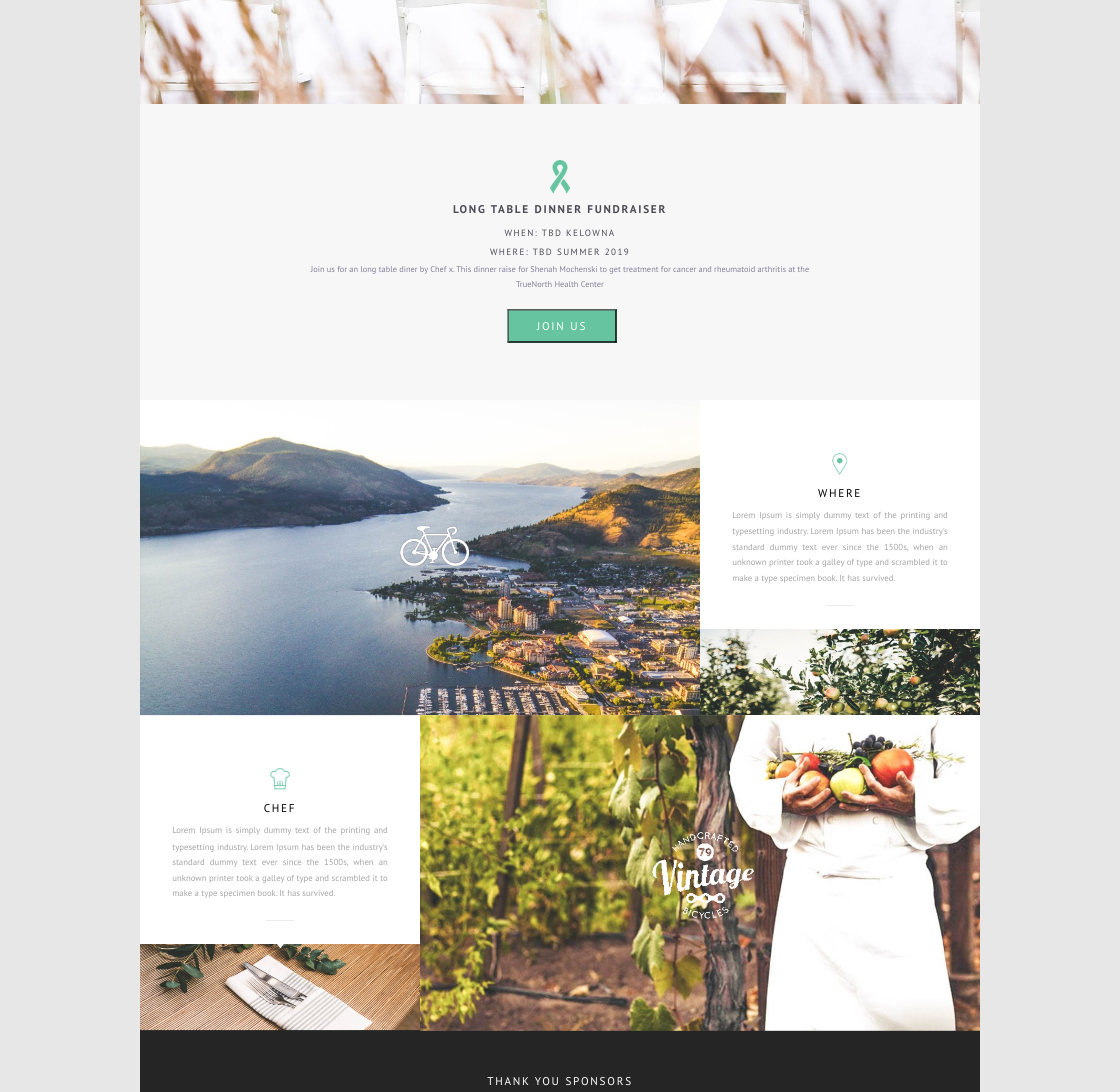
Repository: vancodes/longtable
Page: index.html
These files come from the project's save history. The page is drawn as it stood at one moment and after a run of saves; the edit follows.
The browser window is 1280 px wide. The page is 1600 px wide, so the pictures cover 1600 px, including what lies to the right of the window. The pictures show the part of the page from y = 601 to 2161 px (the page is 2372 px tall), at 70% of full size.

Above is the page before, as saved 2019-04-08 16:36:51.

### index.html
<!DOCTYPE html>
<html>

<head>
  <meta charset="utf-8">
  <link href="index.css" type="text/css" rel="stylesheet">
  <title>Long table</title>
</head>

<body>
  <div class="wrapper">
    <!--Intro Section-->
    <div class="topbar">
      <h1>
      <ul>
        <li><a href="#">About Us</a></li>
    	   <p>.</p>
        <li><a href="#">Info</a></li>
        <li><a href="#"><img src="assets\logo.png" alt="logo"></a></li>
        <li><a href="https://www.gofundme.com/breast-lung-and-melanoma-cancer">Donate</a></li>
    	   <p>.</p>
        <li><a href="#">Contact</a></li>
      </ul>
    </h1>
    </div>
    <div class="hero">
      <img src="assets/cover.jpg" alt="">
    </div>
    <!--Navigation Section-->
    <div class="main" align="center">
      <div class="first">
        <img src="assets\breast-cancer-icon.png" alt="bike chain">
        <h2>Long table dinner fundraiser</h2>
        <h4>When: TBD Kelowna</h4>
        <h4>Where: TBD Summer 2019</h4>
        <p>Join us for an long table diner by Chef x. This dinner raise for Shenah Mochenski to get treatment for cancer and rheumatoid arthritis at the TrueNorth Health Center</p>
        <div class="email-container">
            <button>Join us</button>
          </div>
      </div>
      <!--Image Section-->
      <div class="bike-images">
        <div class="first-container">
          <div class="first-left">
            <div id="bike-logo">
              <img src="assets/bike.png" alt="bike logo">
            </div>
            <div id="vintage-left">
              <img src="assets\bike-1.jpg" alt="bike handle">
            </div>
          </div>
          <div class="first-right">
            <div class="location">
              <img src="assets\location-icon.png" alt="frame icon">
            </div>
            <div id="vintage-text">
              <h3>WHERE</h3>
              <p>Lorem Ipsum is simply dummy text of the printing and typesetting industry. Lorem Ipsum has been the industry's standard dummy text ever since the 1500s, when an unknown printer took a galley of type and scrambled it to make a type specimen
                book. It has survived.</p>
            </div>
            <div class="divider-line"></div>
            <div id="first-vintage-seat">
              <img img src="assets\seat.jpg" alt="bike seat">
            </div>
            <div class="arrow-down"></div>
          </div>
        </div>
        <div class="second-container">
          <div class="second-left">
            <div class="chef">
              <img src="assets\chef-icon.png" alt="chef icon">
            </div>
            <div id="vintage-text">
              <h3>CHEF</h3>
              <p>Lorem Ipsum is simply dummy text of the printing and typesetting industry. Lorem Ipsum has been the industry's standard dummy text ever since the 1500s, when an unknown printer took a galley of type and scrambled it to make a type specimen
                book. It has survived.</p>
            </div>
            <div class="divider-line"></div>
            <div id="second-chef">
              <img src="assets\chef-2.jpg" alt="vintage bike seat">
            </div>
            <div class="arrow-down"></div>
          </div>
          <div class="second-right">
            <div id="vintage-logo">
              <img src="assets\vintage-logo.png" alt="vintage bike logo">
            </div>
            <div id="chef">
              <img src="assets\chef.jpg" alt="chef">
            </div>
          </div>
        </div>
      </div>
        <!--<div class="retro-container">
          <div class="retro-left">
            <div id="retro-logo">
              <img src="assets/bicycle-logo.png" alt="Since 1962 logo">
            </div>
            <div id="retro-bike">
              <img src="assets\bike-rail.jpg" alt="bike rail">
            </div>
          </div>
          <div class="retro-middle">
            <div class="steering">
              <img src="assets\steering-icon.png" alt="steering icon">
            </div>
            <div id="vintage-text">
              <h3>Retro Bike - M. Hulot</h3>
              <p>Lorem Ipsum is simply dummy text of the printing and typesetting industry. Lorem Ipsum has been the industry's standard dummy text ever since the 1500s, when an unknown printer took a galley of type and scrambled it to make a type specimen
                book. It has survived.</p>
            </div>
            <div class="divider-line"></div>
            <div class="arrow-down"></div>
            <div id="retro-rail">
              <img src="assets\mavic.jpg" alt="vintage bike seat">
            </div>
          </div>
          <div class="retro-right">
            <div id="retro-bike-right">
              <img src="assets\bike-2.jpg" alt="retro bike">
            </div>
          </div>
        </div>
      </div>-->
      <!--Social Section-->
      <!--<div class="main" align="center">
        <div class="last">
          <img src="assets\twitter-icon.png" alt="Twitter icon"><br>
          <span>AOD New York @aod</span>
          <span class="twitter-time"> / 35 min</span >
            <p>Lorem ipsum dolor sit amet, consectetur adipiscing elit. Sed ut tellus ac nulla semper rhoncus. Nullam a odio porttitor, dictum turpis vitae, pretium ante amet.</p>
          </div>
      </div>-->
<!--slider-->
    <!--<div class="slider">
      <span class="dotfirst"></span>
          <span class="dot"></span>
          <span class="dot"></span>
        </div>-->
        <!--Photo Collage-->
        <!--
        <div class="bottom-container">
          <div class="bottom-left">
            <div id="image-one">
              <img src="assets\bottom-image-1.jpg" alt="">
            </div>
            <div id="image-one">
              <img src="assets\bottom-image-2.jpg" alt="">
            </div>
            <div id="brooks-seat">
              <img src="assets\brooks-seat.png" alt="">
            </div>
          </div>
          <div class="bottom-middle">
            <div id="image-three">
              <img src="assets\bottom-image-3.jpg" alt="">
            </div>
            <div id="image-three">
              <img src="assets\bottom-image-4.jpg" alt="">
            </div>
          </div>
          <div class="bottom-right">
            <div id="bottom-bike-logo">
              <img src="assets/bike.png" alt="bike logo">
            </div>
            <div class="bottom-text">
              <p>shop now</p>
            </div>
            <div id="image-five">
              <img src="assets\bottom-image-5.jpg" alt="">
            </div>
            <div id="image-five">
              <img src="assets\bottom-image-6.jpg" alt="">
            </div>
          </div>
        </div> -->
        <div class="discover-container">
          <div class="discover-text">
            <button>Thank You Sponsors</button>
            <div class="sponsor-logo">
                <p>YOUR</p>
                <p>LOGO</p>
                <p>HERE</p>
            </div>
          </div>
       </div>
        <div class="footer-container">

        </div>
      <!--end-->
    </div>
</body>
</html>

### index.css
/* http://meyerweb.com/eric/tools/css/reset/
   v2.0 | 20110126
   License: none (public domain)
*/

html, body, div, span, applet, object, iframe, h1, h2, h3, h4, h5, h6, p, blockquote, pre, a, abbr, acronym, address, big, cite, code, del, dfn, em, img, ins, kbd, q, s, samp, small, strike, strong, sub, sup, tt, var, b, u, i, center, dl, dt, dd, ol, ul, li, fieldset, form, label, legend, table, caption, tbody, tfoot, thead, tr, th, td, article, aside, canvas, details, embed, figure, figcaption, footer, header, hgroup, menu, nav, output, ruby, section, summary, time, mark, audio, video {
  margin: 0;
  padding: 0;
  border: 0;
  font-size: 100%;
  font: inherit;
  vertical-align: baseline;
}

/* HTML5 display-role reset for older browsers */

article, aside, details, figcaption, figure, footer, header, hgroup, menu, nav, section {
  display: block;
}

body {
  line-height: 1;
}

ol, ul {
  list-style: none;
}

blockquote, q {
  quotes: none;
}

blockquote:before, blockquote:after, q:before, q:after {
  content: '';
  content: none;
}

table {
  border-collapse: collapse;
  border-spacing: 0;
}

/*  fonts */

@font-face {
  font-family: PtSansWebBold;
  src: url(font/pt_sans-web-bold.ttf);
}

@font-face {
  font-family: PtSansWebBoldItalic;
  src: url(font/pt_sans-web-bolditalic.ttf);
}

@font-face {
  font-family: PtSansWebItalic;
  src: url(font/pt_sans-web-italic.ttf);
}

@font-face {
  font-family: PtSansWebRegular;
  src: url(font/pt_sans-web-regular.ttf);
}

body {
  font-family: PtSansWebRegular;
}

h1 {
  font-family: PtSansWebBold;
  font-size: 12px;
  text-transform: uppercase;
  letter-spacing: 2px;
}

h2 {
  font-family: PtSansWebBold;
  letter-spacing: 2.5px;
  text-transform: uppercase;
  text-align: center;
  line-height: 2.5em;
}

h3 {
  font-family: PtSansWebBold;
  letter-spacing: 2.5px;
  text-transform: uppercase;
  text-align: center;
  font-size: 12px;
  line-height: 2.5em;
}

h3 {
  font-family: PtSansWebRegular;
  letter-spacing: 2.5px;
  text-transform: uppercase;
  text-align: center;
  line-height: 2.5em;
  font-size: 16px;
}

h4 {
  font-family: PtSansWebRegular;
  font-size: 13px;
  text-transform: uppercase;
  letter-spacing: 2px;
  line-height: 2.1em;
}


p {
  font-family: PtSansWebRegular;
  font-size: 12px;
  color: #838199;
  text-align: center;
  line-height: 1.8em;
}

.bike-images p {
  font-family: PtSansWebRegular;
  font-size: 12.5px;
  color: #a5a5a5;
  text-align: justify;
  line-height: 1.8em;
}

.last span {
  font-family: PtSansWebBold;
  display: inline;
  font-size: 12px;
  text-align: center;
  line-height: 2.8em;
  letter-spacing: 1.5px;
}

.last .twitter-time {
  font-family: PtSansWebRegular;
  font-size: 12px;
  text-align: center;
  letter-spacing: 1.5px;
  color: #b2b1bd;
  padding-left: 6px;
}

.last p {
  font-family: PtSansWebItalic;
  font-size: 14px;
  color: #838199;
  text-align: center;
  line-height: 1.8em;
  padding: 0 55px;
}

.bottom-text p {
  font-family: PtSansWebRegular;
  letter-spacing: 2.5px;
  text-transform: uppercase;
  text-align: center;
  line-height: 2.5em;
  font-size: 12px;
  color: #fff;
}

.saddle-text p {
  font-family: PtSansWebItalic;
  font-size: 16px;
  text-align: center;
  letter-spacing: 0.5px;
  color: #838199;
  padding-left: 6px;
  margin-bottom: 20px;
}

/*  wrapper */

.wrapper {
  padding: 0 200px;
  width: 1200px;
  margin: 0 auto;
  background-color: #e8e7e7;
}

/* intro section */

.hero img {
  width: 100%;
}

.topbar {
  position: absolute;
  padding: 0px 317px;
  margin-top: 23px;
}

.topbar ul {
  width: 590px;
  margin: 0 auto;
}

.topbar li {
  display: inline-block;
  padding: 0 20px;
  float: left;
  position: relative;
  top: 52px;
  transform: translateY(-50%);
}

.topbar li a {
  text-decoration: none;
  color: #4D4B56;
}

.topbar li a img {
  width: 75px;
}

.hero img {
  vertical-align: bottom;
  width: 100%;
  padding-top: 150px;
  background-color: #F7F7F7
}

.topbar li a:hover {
  text-decoration: none;
  color: #ff000069;
}

.topbar p {
  padding: 0 20px;
  float: left;
  position: relative;
  top: 52px;
  transform: translateY(-50%);
  font-family: PtSansWebBold;
}

/* navigation section */

.main {
  background-color: #F7F7F7
}

.first {
  color: #4D4B56;
  padding: 80px 150px 80px 150px;
  max-width: 736px;
}

.first img {
  padding: 0px 46px;
}

/* bike images */

img {
  padding: 0;
  margin: 0;
}

.bike-images {
  background-color: #FFFF;
  position: relative;
}

.first-container {
  vertical-align: bottom;
  display: table;
}

.first-left {
  width: 800px;
  display: table-cell;
  vertical-align: bottom;
}

.first-right {
  display: table-cell;
  vertical-align: bottom;
  width: 400px;
}

#first-vintage-seat img {
  width: 400px;
  height: 123px;
  float: left;
}

#bike-logo img {
  width: 100px;
  position: absolute;
  margin-top: 179px;
  transform: translatex(-29%);
}

#logo img {
  width: 100px;
  position: absolute;
  margin-top: 240px;
  transform: translateX(-26%);
}

#vintage-left img {
  float: left;
  margin: auto;
  width: 800px;
}

.location img {
  width: 30px;
  margin-bottom: 5px;
}

#vintage-text {
  height: 162px;
  margin-bottom: 18px;
  overflow: hidden;
}

#vintage-text p {
  padding: 0px 46px;
}

.divider-line {
  height: 1px;
  background-color: #e2e2e2;
  margin: 0px 180px 33px;
}

.arrow-down {
  width: 0px;
  height: 0px;
  border-left: 5px solid transparent;
  border-right: 5px solid transparent;
  border-top: 6px solid #FFFF;
  position: absolute;
  transform: translateX(1955%);
}

.second-container {
  vertical-align: bottom;
  display: table;
}

#second-chef img {
  width: 400px;
  height: 123px;
  float: left;
  margin-bottom: -1.6px;
}

.second-left {
  width: 333px;
  display: table-cell;
  vertical-align: bottom;
}

.chef img {
  width: 30px;
  margin-bottom: 5px;
}

#chef img {
  float: right;
  width: 800px;
  vertical-align: bottom;
  margin-bottom: -2px;
}

.second-right {
  display: table-cell;
  vertical-align: bottom;
  width: 656px;
}

#vintage-logo img {
  width: 145px;
  position: absolute;
  margin-top: 167px;
  transform: translateX(-47%);
}

.retro-container {
  vertical-align: bottom;
  display: table;
}

.retro-left {
  display: table-cell;
  vertical-align: bottom;
  width: 333px;
}

.retro-middle {
  width: 400px;
  display: table-cell;
  vertical-align: bottom;
}

.retro-right {
  display: table-cell;
  vertical-align: bottom;
  width: 400px;
}

#retro-logo img {
  width: 160px;
  position: absolute;
  margin-top: 197px;
  transform: translateX(-50%);
}

#retro-bike img {
  float: right;
  width: 400px;
  vertical-align: bottom;
}

#retro-bike-right img {
  float: right;
  width: 400px;
  vertical-align: bottom;
}

.steering img {
  height: 30px;
  margin-bottom: 5px;
}

#retro-rail img {
  width: 400px;
  height: 123px;
  vertical-align: bottom;
}

.bottom-container {
  vertical-align: bottom;
  display: table;
  margin-top: 14px;
}

.bottom-left {
  display: table-cell;
  vertical-align: bottom;
  width: 400px;
}

.bottom-middle {
  display: table-cell;
  vertical-align: bottom;
  width: 400px;
}

.bottom-right {
  display: table-cell;
  vertical-align: bottom;
  width: 400px;
}

#image-one img {
  float: left;
  width: 200px;
  vertical-align: bottom;
  max-height: 199px;
}

#brooks-seat img {
  float: left;
  width: 400px;
  vertical-align: bottom;
}

#image-three img {
  float: left;
  width: 200px;
  vertical-align: bottom;
}

#image-five img {
  float: left;
  width: 400px;
  vertical-align: bottom;
  margin-top: -1px;
}

#bottom-bike-logo img {
  width: 50px;
  position: absolute;
  margin-top: 79px;
  transform: translatex(-57%);
}

.bottom-text {
  position: absolute;
  padding: 0px -4px;
  margin-top: 108px;
  width: 400px;
}

/* twitter-last section */

.last {
  padding: 80px 150px 50px 150px;
  max-width: 736px;
}

.last img {
  width: 25px;
  padding-bottom: 15px;
}

.noBorder {
  border: 0;
}

/* slider */

.dotfirst {
  width: 0.50rem;
  height: 0.50rem;
  background-color: #ADB2B6;
  border-radius: 50%;
  display: inline-block;
}

.dot {
  width: 0.40rem;
  height: 0.40rem;
  border-radius: #ADB2B6;
  background-color: #FFF;
  border-radius: 50%;
  border: 1px solid #ADB2B6;
  display: inline-block;
  -moz-border-radius: 50%;
  -webkit-border-radius: 50
}

.slider {
  color: #4D4B56;
  padding: 0px 0px 30px 0px;
  max-width: 736px;
}

/* last section */

.discover-container {
  background-color: #252525;
  height: 75px;
  padding-top: 50px;
}

.discover-text button {
  border: none;
  padding: 3px 30px;
  margin: 0 450px;
  font-family: PtSansWebRegular;
  letter-spacing: 2.5px;
  text-transform: uppercase;
  text-align: center;
  line-height: 2.5em;
  font-size: 16px;
  color: #fff;
  background-color: #252525;
}

.sponsor-topbar {
  position: absolute;
  padding: 0px 317px;
  margin-top: 23px;
  background-color: #252525;
}

.sponsor-logo {
  position: absolute;
  background-color: #252525;
  padding: 0px 80px 50px 80px;
}

.sponsor-logo p {
  border: none;
  padding: 3px 40px;
  margin: 0 450px;
  font-family: PtSansWebRegular;
  letter-spacing: 2.5px;
  text-transform: uppercase;
  text-align: center;
  line-height: 1em;
  font-size: 12px;
  color: #fff;
  background-color: #252525;
}

.discover-text button {
  border: none;
  padding: 3px 30px;
  margin: 0 450px;
  font-family: PtSansWebRegular;
  letter-spacing: 2.5px;
  text-transform: uppercase;
  text-align: center;
  line-height: 2.5em;
  font-size: 16px;
  color: #fff;
  background-color: #252525;
}

.email-container {
  background-color: #f7f7f7;
  padding: 25px 150px 50px 0px;
}

.email-container img {
  width: 65px;
  padding: 10px 420px;
}

input {
  border: 1px solid #e8e7e7;
  padding: 5px 30px;
  margin: 3px 255px;
  position: absolute;
  padding: 9px 109px 9px 20px;
  font-family: PtSansWebItalic;
  font-size: 14px;
  color: #e8e7e7;
  text-align: center;
  line-height: 1.8em;
  text-align: left;
}

.email-container button {
  margin: 0px;
  position: absolute;
  background-color: #66c4a1;
  padding: 2px 40px;
  font-family: PtSansWebRegular;
  letter-spacing: 2.5px;
  text-transform: uppercase;
  text-align: center;
  line-height: 2.5em;
  font-size: 16px;
  color: #fff;
}

.email-container button:hover {
  background-color: #fff;
  color: #66c4a1;
  box-shadow: none;
  transform: none;
  transition: 0.1s ease-in-out;
}

.footer-container {
  background-color: #f7f7f7;
  height: 75px;
  padding: 50px 150px;
  display: table
}

.footer-left {
  display: table-cell;
  width: 400px;
  text-align: left;
}

.footer-left span {
  font-size: 10px;
  color: #838199;
  font-weight: bold;
}

.footer-text p {
  font-family: PtSansWebItalic;
  font-size: 9px;
  color: #838199;
  line-height: 1.4em;
  text-align: left;
}

.footer-middle {
  display: table-cell;
  width: 400px;
  transform: translateX(33%);
  vertical-align: middle;
}

.footer-middle img {
  width: 20px;
}

.footer-right {
  width: 400px;
}

.footer-right-text p {
  font-family: PtSansWebItalic;
  font-size: 9px;
  color: #838199;
  line-height: 1.4em;
  margin-top: 23px;
  width: 60px;
  transform: translateX(95%);
}

.footer-right img {
  width: 30px;
  transform: translateX(300%);
  padding-top: 0px;
  margin-top: -16px;
  position: absolute;
}

After the next 2 saves:
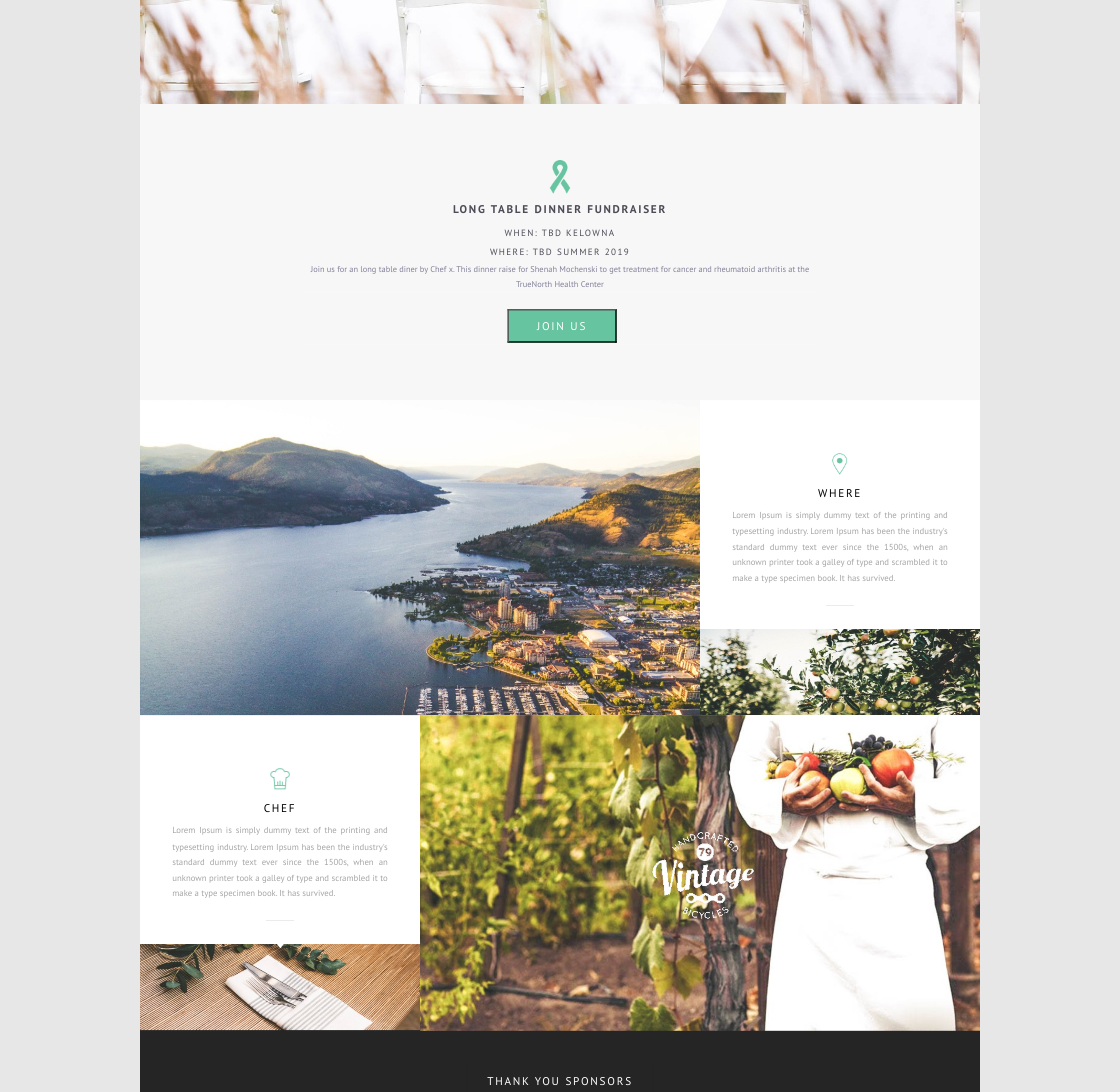
The 2 saves are shown as one change because they came seconds apart.
The last was saved 7 s later.
--- a/index.html
+++ b/index.html
@@ -42,9 +42,6 @@
       <div class="bike-images">
         <div class="first-container">
           <div class="first-left">
-            <div id="bike-logo">
-              <img src="assets/bike.png" alt="bike logo">
-            </div>
             <div id="vintage-left">
               <img src="assets\bike-1.jpg" alt="bike handle">
             </div>
